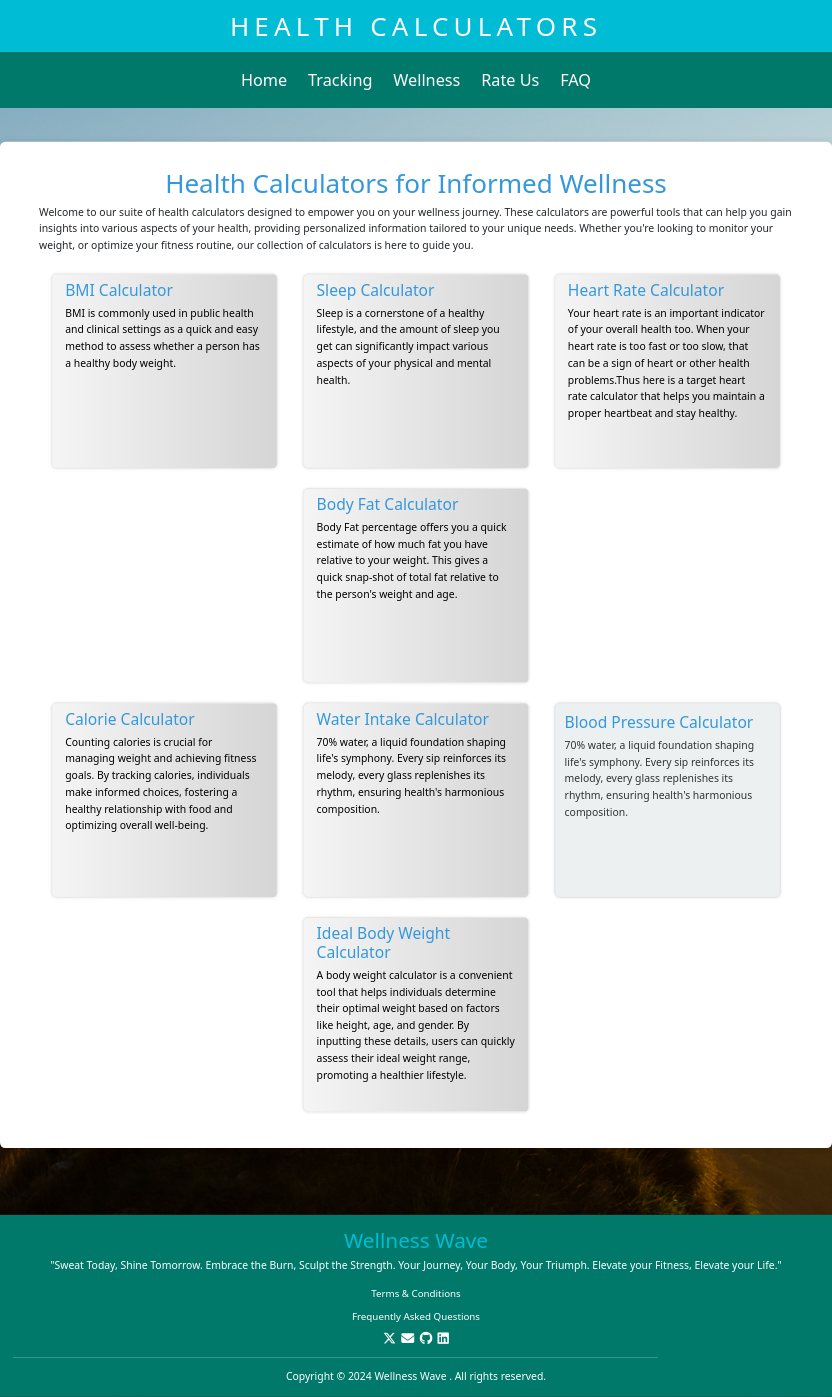
Repository: ritika728/Wellness_Wave
Page: html_files/fitnesstracking.html
An editor plug-in stored every save of this project. The page is shown before and after the next save, followed by the edit.
The browser window is 1280 px wide. The pictures show the whole page, at 65% of full size.
Some web libraries are served in a nearby version.

Above is the page before, as saved 2024-01-23 03:10:51.

After the next save:
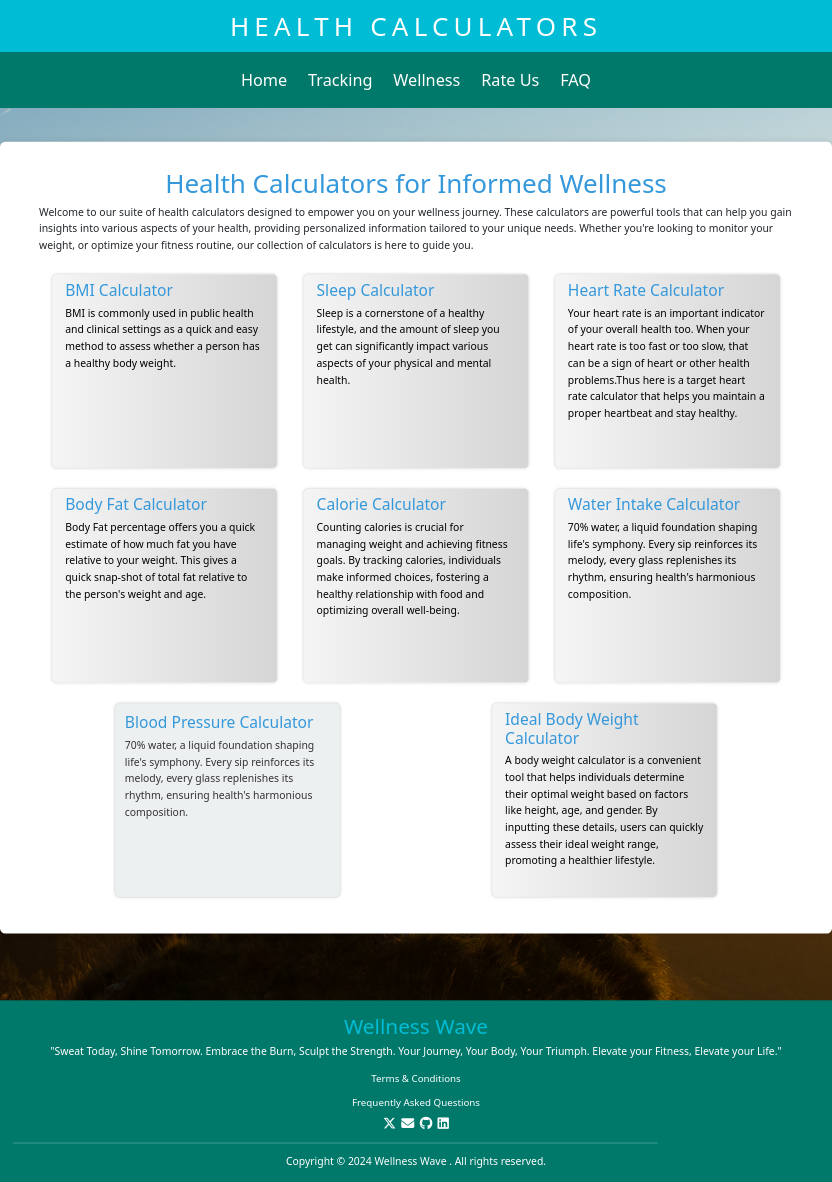
Saved 116 s later.
--- a/html_files/fitnesstracking.html
+++ b/html_files/fitnesstracking.html
@@ -62,8 +62,8 @@
 
                     </div>
                 </a>
-            </div>
-            <div class="calci">
+            <!-- </div>
+            <div class="calci"> -->
                 <a href="calorie.html" class="category">
                     <div class="container_box gradient-hover">
                         <h4>Calorie Calculator</h4>
@@ -89,7 +89,7 @@
                         <p>A body weight calculator is a convenient tool that helps individuals determine their optimal weight based on factors like height, age, and gender. By inputting these details, users can quickly assess their ideal weight range, promoting a healthier lifestyle. </p>
                     </div>
                 </a>
-            </div>
+            <!-- </div> -->
         </div>
     </section>
     <script src="js/script.js"></script>
